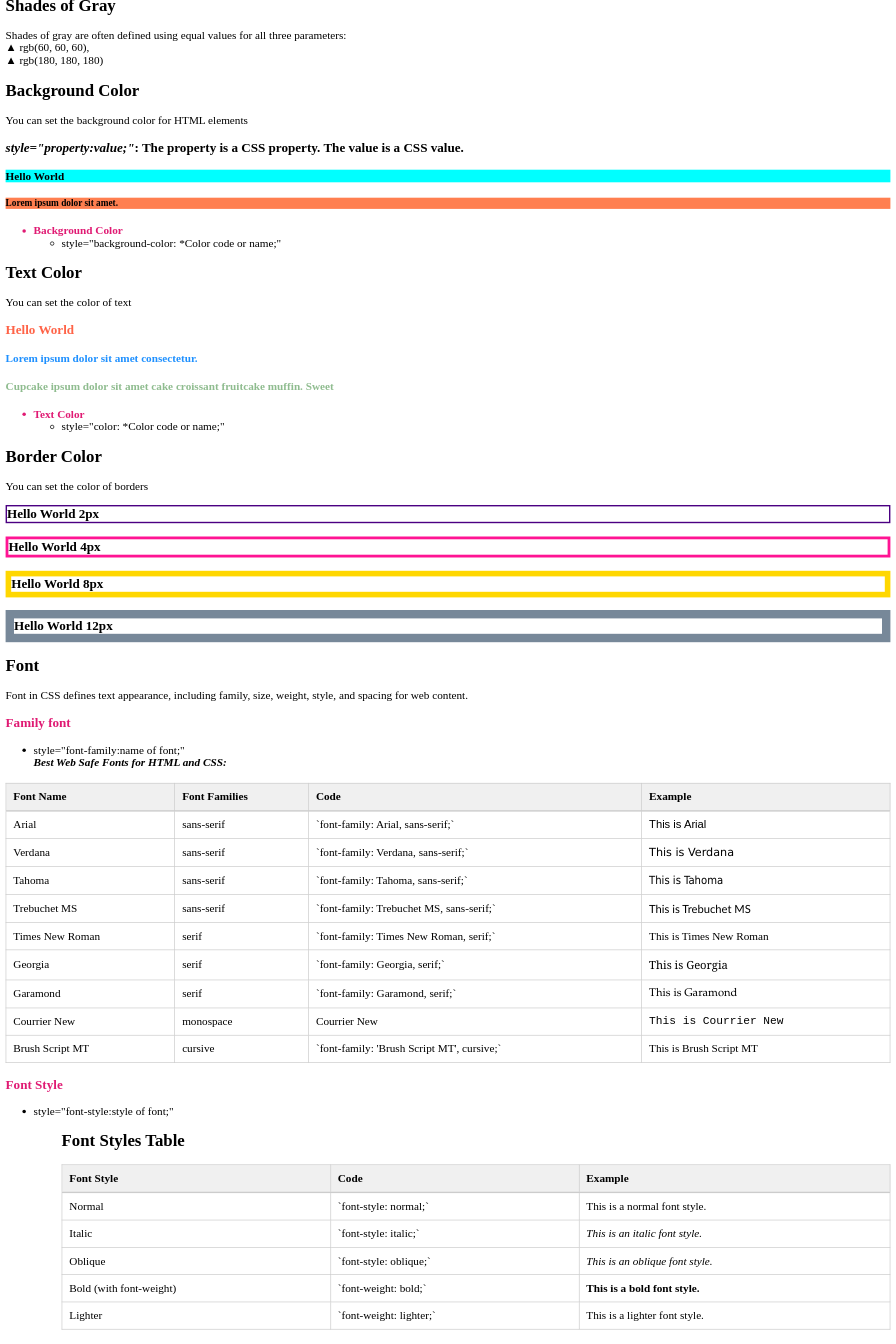
Repository: AnnaSpirit/2025_
Page: Bases/OK/HTML_Text_Formatting.html
An editor plug-in stored every save of this project. The page is shown before and after a run of saves, followed by the edit.
The browser window is 1280 px wide. The pictures show the part of the page from y = 2089 to 4009 px (the page is 4009 px tall), at 70% of full size.

Above is the page before, as saved 2025-01-09 16:39:45.

### Bases/OK/HTML_Text_Formatting.html
<!DOCTYPE html>
<html lang="en">

<head>
    <meta charset="UTF-8">
    <meta name="viewport" content="width=device-width, initial-scale=1.0">
    <title>HTML Text Formatting</title>
    <a href="HTML_Colors.html"></a>
</head>

<body>
    <h1>HTML contains several elements for defining text with a special meaning.</h1>
    <a href="HTML_Colors.html">
        <h2>Go Back: HTML_Colors</h2></a>
    <p>
    <ul>
        <li style="color:red;"> b< - >Bold text &#61 Strong;
            <ul>
                <li style="color:black;"><b>Bold</b> text</li>
            </ul>
        </li><br>
        <li style="color:red;"> strong< - >Important text &#61 Bold
            <ul>
                <li style="color:black;"><strong>Important</strong> text</li>
            </ul>
        </li><br>
        <li style="color:red;"> i< - >Italic text &#61 Emphasized
            <ul>
                <li style="color:black;"><i>Italic</i> text</li>
            </ul>
        </li><br>

        <li style="color:red;">em< - >Emphasized text &#61 Italic
            <ul>
                <li style="color:black;"><em>Emphasized</em> text</li>
            </ul>
        </li><br>
        <li style="color:red;"> u< - >Underlined text &#61 Inserted
            <ul>
                <li style="color:black;"><u>Underlined</u> text</li>
            </ul><br>
        <li style="color:red;">ins< - >Inserted text &#61 Underlined
            <ul>
                <li style="color:black;"><ins>Inserted</ins> text</li>
            </ul><br>
        <li style="color:red;">small< - >Smaller text
            <ul>
                <li style="color:black;"><small>Smaller</small> text</li>
            </ul>
        </li><br>
        <li style="color:red;">del< - >Deleted text &#61 Strikethrough
            <ul>
                <li style="color:black;"><del>Deleted</del> text</li>
            </ul>
        </li><br>
        <li style="color:red;">s< - >strikethrough text &#61 Deleted
            <ul>
                <li style="color:black;"><s>strikethrough</s> text</li>
            </ul>
        </li><br>
        <li style="color:red;"> mark< - >Marked text (Highlighted in yellow)
            <ul>
                <li style="color:black;"><mark>Marked</mark> text</li>
            </ul>
        </li><br>
        <li style="color:red;">sub< - >Subscript text
            <ul>
                <li style="color:black;"><sub>Subscript</sub> text</li>
            </ul>
        </li><br>
        <li style="color:red;">sup< - >Superscript text
            <ul>
                <li style="color:black;"><sup>Superscript</sup> text</li>
            </ul>
        </li>
    </ul>
    </p>
    <hr>
    <p>
    <h1>HTML Quotation and Citation Elements</h1>
    <h3>In this chapter we will go through the blockquote>,q>, abbr>, address>, cite>, and bdo> HTML elements.</h3>
    <ul>
        <li style="color:rgb(49, 169, 49);"> HTML blockquote> for Quotations
            <ul>
                <li style="color: black;">
                    <blockquote cite=" http://www.worldwildlife.org/who/index.html">For 60 years,...</blockquote>
                </li><br>
            </ul>
        <li style="color:rgb(49, 169, 49);"> HTML q> for Short Quotations
            <ul>
                <li style="color: black;"> WWF's goal is to: <q><em>Build a future where people live in harmony with
                            nature.</em></q></li>
            </ul>
        </li><br>
        <li style=" color:rgb(49, 169, 49);">HTML abbr> for Abbreviations
            <ul>
                <li style="color: black;">
                    <p>The <abbr title="World Health Organization">WHO</abbr> was founded in 1948.</p>
                </li>
            </ul>
        </li><br>
        <li style=" color:rgb(49, 169, 49);">HTML address> for Contact Information
            <ul>
                <li style="color: black;">
                    <address>
                        Written by John Doe.<br>
                        Visit us at:<br>
                        Example.com<br>
                        Box 564, Disneyland<br>
                        USA
                    </address>
                </li>
            </ul>
        </li><br>
        <li style=" color:rgb(49, 169, 49);">HTML cite> for Work Title
            <ul>
                <li style="color: black;">
                    <p><cite>The Scream</cite> by Edvard Munch. Painted in 1893.</p>
                </li>
            </ul>
        </li><br>
        <li style=" color:rgb(49, 169, 49);">HTML bdo> for Bi-Directional Override
            <ul>
                <li style="color: black;"><bdo dir="rtl">This text will be written from right to
                        left.</bdo><mark>||</mark>This text will be written from right to left.<br>
                    specific for <b>HEBREW</b> for example</li> <bdo dir="ltr">Left to Right</bdo>=
                LTR<mark>||</mark><bdo dir="rtl">Right to Left</bdo> = RTL
            </ul>
        </li>
    </ul>
    </h1>
    </p>
    <hr>
    <p>
    <h1>HTML_Colors</h1>
    <p>HTML colors are specified with predefined color names, or with RGB, HEX, HSL, RGBA, or HSLA values.</p>
    <a href="HTML_Colors.html">
        <h2>Colors Names</h2>
    </a>
    <p>In HTML, a color can be specified by using a color name</p>

    <h2>Color Values</h2>

    <p>In HTML, colors can also be specified using <b>RGB</b><sub> (value represents RED, GREEN, and BLUE light
            sources)</sub>, <b>HEX</b><sub>(hexadecimal color is specified with: #RRGGBB, where the RR (red), GG (green)
            and BB (blue) hexadecimal integers specify the components of the color.)</sub>, <b>HSL</b><sub> (stands for
            hue, saturation, and lightness.)</sub>, <b>RGBA</b><sub> (value is an extension of RGB with an Alpha channel
            (opacity)).</sub> and <b>HSLA</b><sub> (values are an extension of HSL with an Alpha channel
            (opacity)).</sub><br>

    <p>The following three elements have their background color set with RGB, HEX, and HSL values.<br>
    <h5>Ultramarine Blue</h5>
    <ul>
        <li style="background-color:rgb(77,106,255);">
            <h5>RGB (77,106,255)</h5>
        </li>
        <li style="background-color:#4D6AFF;">
            <h5>HEX #4D6AFF</h5>
        </li>
        <li style="background-color:HSL(230, 100%, 65%);">
            <h5>HSL (230, 100%, 65%)</h5>
        </li>
    </ul>
    <p>The following two elements have their background color set with RGBA and HSLA values, which add an Alpha channel
        to the color (here we have 50% and 20% transparency)</p>
    <ul>
        <li style="background-color:rgba(77,106,255, 0.5);">
            <h5>RGBA (77,106,255, 0.5) </h5>
        </li>
        <li style="background-color:HSL(230, 100%, 65%, 0.2);">
            <h5>HSLA (230, 100%, 65%, 0.2) </h5>
        </li>
    </ul>
    </p>
    <h2>Shades of Gray</h2>
    <p>Shades of gray are often defined using equal values for all three parameters: <br>
        &#9650; rgb(60, 60, 60),<br>
        &#9650; rgb(180, 180, 180)</p>

    <h2>Background Color</h2>

    <p>You can set the background color for HTML elements <br>
    <h3><em>style="property:value;"</em>: The property is a CSS property. The value is a CSS value.</h3>
    <h4 style="background-color:cyan;">Hello World</h4>
    <h5 style="background-color:Coral;">Lorem ipsum dolor sit amet.</h5>
    <ul>
        <li style="color:rgb(224, 26, 115);"><b>Background Color</b></li>
        <ul>
            <li>style="background-color: *Color code or name;"</li>
        </ul></ul>
    </p>

    <h2>Text Color</h2>

    <p>You can set the color of text <br>
    <h3 style="color:Tomato;">Hello World</h3>
    <h4 style="color:DodgerBlue;">Lorem ipsum dolor sit amet consectetur.</h4>
    <h4 style="color:DarkSeaGreen;">Cupcake ipsum dolor sit amet cake croissant fruitcake muffin. Sweet</h4>
    <ul>
        <li style="color:rgb(224, 26, 115);"><b>Text Color</b></li>
    <ul>
        <li>style="color: *Color code or name;"</li>
    </ul></ul>
    </p>

    <h2>Border Color</h2>

    <p>You can set the color of borders <br>
    <h3 style="border:2px solid indigo;">Hello World 2px</h3>
    <h3 style="border:4px solid DeepPink;">Hello World 4px</h3>
    <h3 style="border:8px solid Gold;">Hello World 8px</h3>
    <h3 style="border:12px solid LightSlateGrey;">Hello World 12px</h3>
    </p>

    <h2>Font</h2>

    <p>Font in CSS defines text appearance, including family, size, weight, style, and spacing for web content.<br>
        <h3 style="color:rgb(224, 26, 115);">Family font</font></h3>
    <ul>
        <li>style="font-family:name of font;"<br><em><b>Best Web Safe Fonts for HTML and CSS: </em></b></li>
    </ul>

    <table style="width: 100%; border-collapse: collapse; text-align: left; margin: 20px 0;">
        <thead>
            <tr style="background-color: #f0f0f0; border-bottom: 2px solid #ccc;">
                <th style="padding: 10px; border: 1px solid #ccc;">Font Name</th>
                <th style="padding: 10px; border: 1px solid #ccc;">Font Families</th>
                <th style="padding: 10px; border: 1px solid #ccc;">Code</th>
                <th style="padding: 10px; border: 1px solid #ccc;">Example</th>
            </tr>
        </thead>
        <tbody>
            <tr>
                <td style="padding: 10px; border: 1px solid #ccc;">Arial</td>
                <td style="padding: 10px; border: 1px solid #ccc;">sans-serif</td>
                <td style="padding: 10px; border: 1px solid #ccc;">`font-family: Arial, sans-serif;`</td>
                <td style="padding: 10px; border: 1px solid #ccc; font-family: Arial, sans-serif;">This is Arial</td>
            </tr>
            <tr>
                <td style="padding: 10px; border: 1px solid #ccc;">Verdana</td>
                <td style="padding: 10px; border: 1px solid #ccc;">sans-serif</td>
                <td style="padding: 10px; border: 1px solid #ccc;">`font-family: Verdana, sans-serif;`</td>
                <td style="padding: 10px; border: 1px solid #ccc; font-family: Verdana, sans-serif;">This is Verdana
                </td>
            </tr>
            <tr>
                <td style="padding: 10px; border: 1px solid #ccc;">Tahoma</td>
                <td style="padding: 10px; border: 1px solid #ccc;">sans-serif</td>
                <td style="padding: 10px; border: 1px solid #ccc;">`font-family: Tahoma, sans-serif;`</td>
                <td style="padding: 10px; border: 1px solid #ccc; font-family: Tahoma, sans-serif;">This is Tahoma</td>
            </tr>
            <tr>
                <td style="padding: 10px; border: 1px solid #ccc;">Trebuchet MS</td>
                <td style="padding: 10px; border: 1px solid #ccc;">sans-serif</td>
                <td style="padding: 10px; border: 1px solid #ccc;">`font-family: Trebuchet MS, sans-serif;`</td>
                <td style="padding: 10px; border: 1px solid #ccc; font-family: 'Trebuchet MS', sans-serif;">This is
                    Trebuchet MS</td>
            </tr>
            <tr>
                <td style="padding: 10px; border: 1px solid #ccc;">Times New Roman</td>
                <td style="padding: 10px; border: 1px solid #ccc;">serif</td>
                <td style="padding: 10px; border: 1px solid #ccc;">`font-family: Times New Roman, serif;`</td>
                <td style="padding: 10px; border: 1px solid #ccc; font-family: 'Times New Roman', serif;">This is Times
                    New Roman</td>
            </tr>
            <tr>
                <td style="padding: 10px; border: 1px solid #ccc;">Georgia</td>
                <td style="padding: 10px; border: 1px solid #ccc;">serif</td>
                <td style="padding: 10px; border: 1px solid #ccc;">`font-family: Georgia, serif;`</td>
                <td style="padding: 10px; border: 1px solid #ccc; font-family: Georgia, serif;">This is Georgia</td>
            </tr>
            <tr>
                <td style="padding: 10px; border: 1px solid #ccc;">Garamond</td>
                <td style="padding: 10px; border: 1px solid #ccc;">serif</td>
                <td style="padding: 10px; border: 1px solid #ccc;">`font-family: Garamond, serif;`</td>
                <td style="padding: 10px; border: 1px solid #ccc; font-family: Garamond, serif;">This is Garamond</td>
            </tr>
            <tr>
                <td style="padding: 10px; border: 1px solid #ccc;">Courrier New</td>
                <td style="padding: 10px; border: 1px solid #ccc;">monospace</td>
                <td style="padding: 10px; border: 1px solid #ccc;"><font-family>Courrier New</font-family>
                </td>
                <td style="padding: 10px; border: 1px solid #ccc; font-family:'Courier New', Courier, monospace";>This is Courrier New</td>
            </tr>
            <tr>
                <td style="padding: 10px; border: 1px solid #ccc;">Brush Script MT</td>
                <td style="padding: 10px; border: 1px solid #ccc;">cursive</td>
                <td style="padding: 10px; border: 1px solid #ccc;">`font-family: 'Brush Script MT', cursive;`</td>
                <td style="padding: 10px; border: 1px solid #ccc; font-family: 'Brush Script MT', cursive";>This is Brush Script MT</td>
            </tr></tbody></table>
        <h3 style="color:rgb(224, 26, 115);">Font Style</font>
</h3>
            <ul><li>style="font-style:style of font;"</li>
            <ul>
<section>
    <h2>Font Styles Table</h2>
    <table style="width: 100%; border-collapse: collapse; text-align: left; margin: 20px 0;">
        <thead>
            <tr style="background-color: #f0f0f0; border-bottom: 2px solid #ccc;">
                <th style="padding: 10px; border: 1px solid #ccc;">Font Style</th>
                <th style="padding: 10px; border: 1px solid #ccc;">Code</th>
                <th style="padding: 10px; border: 1px solid #ccc;">Example</th>
            </tr>
        </thead>
        <tbody>
            <tr>
                <td style="padding: 10px; border: 1px solid #ccc;">Normal</td>
                <td style="padding: 10px; border: 1px solid #ccc;">`font-style: normal;`</td>
                <td style="padding: 10px; border: 1px solid #ccc; font-style: normal;">This is a normal font style.</td>
            </tr>
            <tr>
                <td style="padding: 10px; border: 1px solid #ccc;">Italic</td>
                <td style="padding: 10px; border: 1px solid #ccc;">`font-style: italic;`</td>
                <td style="padding: 10px; border: 1px solid #ccc; font-style: italic;">This is an italic font style.
                </td>
            </tr>
            <tr>
                <td style="padding: 10px; border: 1px solid #ccc;">Oblique</td>
                <td style="padding: 10px; border: 1px solid #ccc;">`font-style: oblique;`</td>
                <td style="padding: 10px; border: 1px solid #ccc; font-style: oblique;">This is an oblique font style.
                </td>
            </tr>
            <tr>
                <td style="padding: 10px; border: 1px solid #ccc;">Bold (with font-weight)</td>
                <td style="padding: 10px; border: 1px solid #ccc;">`font-weight: bold;`</td>
                <td style="padding: 10px; border: 1px solid #ccc; font-weight: bold;">This is a bold font style.</td>
            </tr>
            <tr>
                <td style="padding: 10px; border: 1px solid #ccc;">Lighter</td>
                <td style="padding: 10px; border: 1px solid #ccc;">`font-weight: lighter;`</td>
                <td style="padding: 10px; border: 1px solid #ccc; font-weight: lighter;">This is a lighter font style.
                </td>
            </tr>
        </tbody>
    </table>
</section>

</li>
            </ul>
        </ul>
    </p>
    </p>
</body>

</html>

After the next 2 saves:
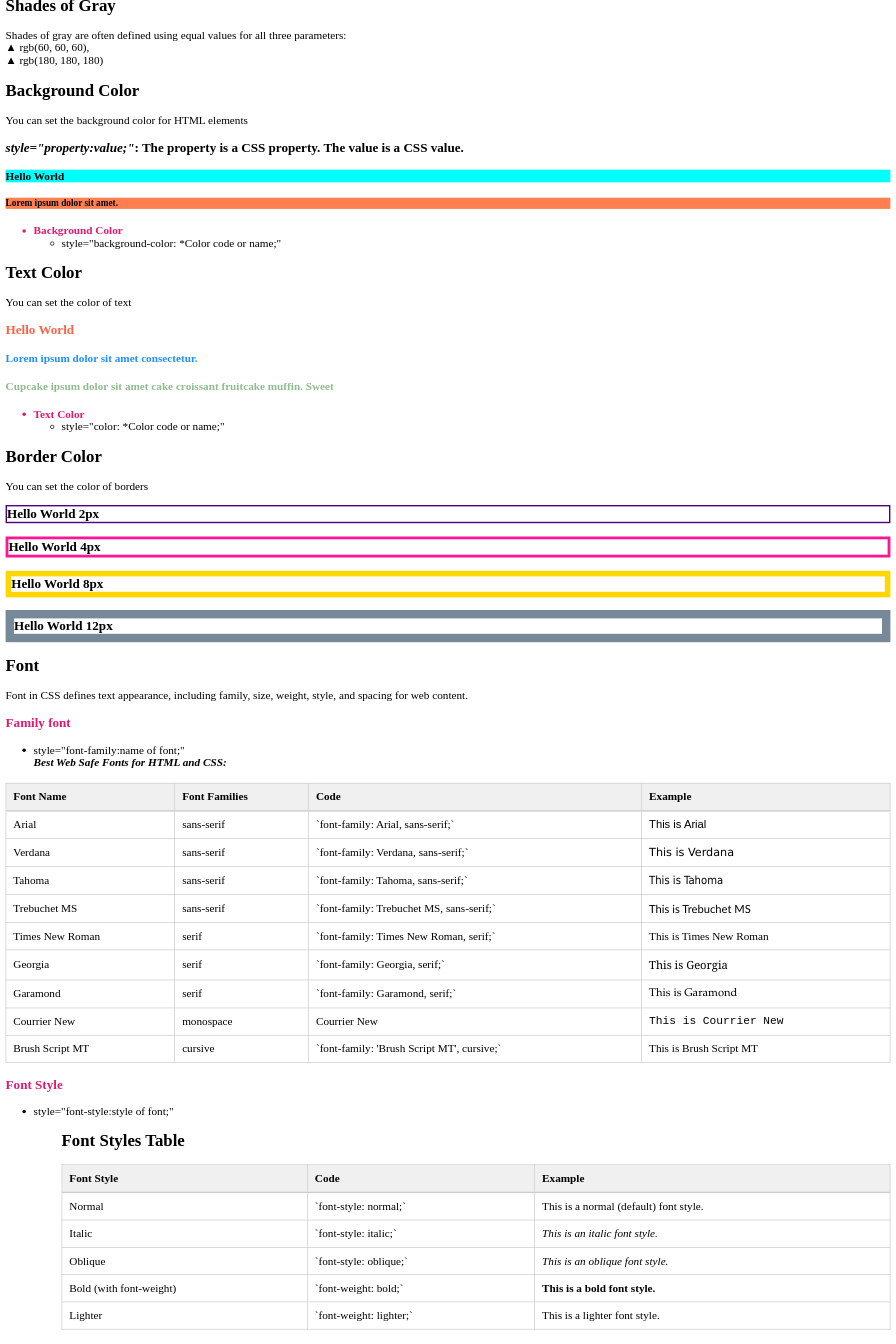
The 2 saves are shown as one change because they came seconds apart.
The last was saved 34 s later.
--- a/Bases/OK/HTML_Text_Formatting.html
+++ b/Bases/OK/HTML_Text_Formatting.html
@@ -306,7 +306,7 @@
             <tr>
                 <td style="padding: 10px; border: 1px solid #ccc;">Normal</td>
                 <td style="padding: 10px; border: 1px solid #ccc;">`font-style: normal;`</td>
-                <td style="padding: 10px; border: 1px solid #ccc; font-style: normal;">This is a normal font style.</td>
+                <td style="padding: 10px; border: 1px solid #ccc; font-style: normal;">This is a normal (default) font style.</td>
             </tr>
             <tr>
                 <td style="padding: 10px; border: 1px solid #ccc;">Italic</td>
